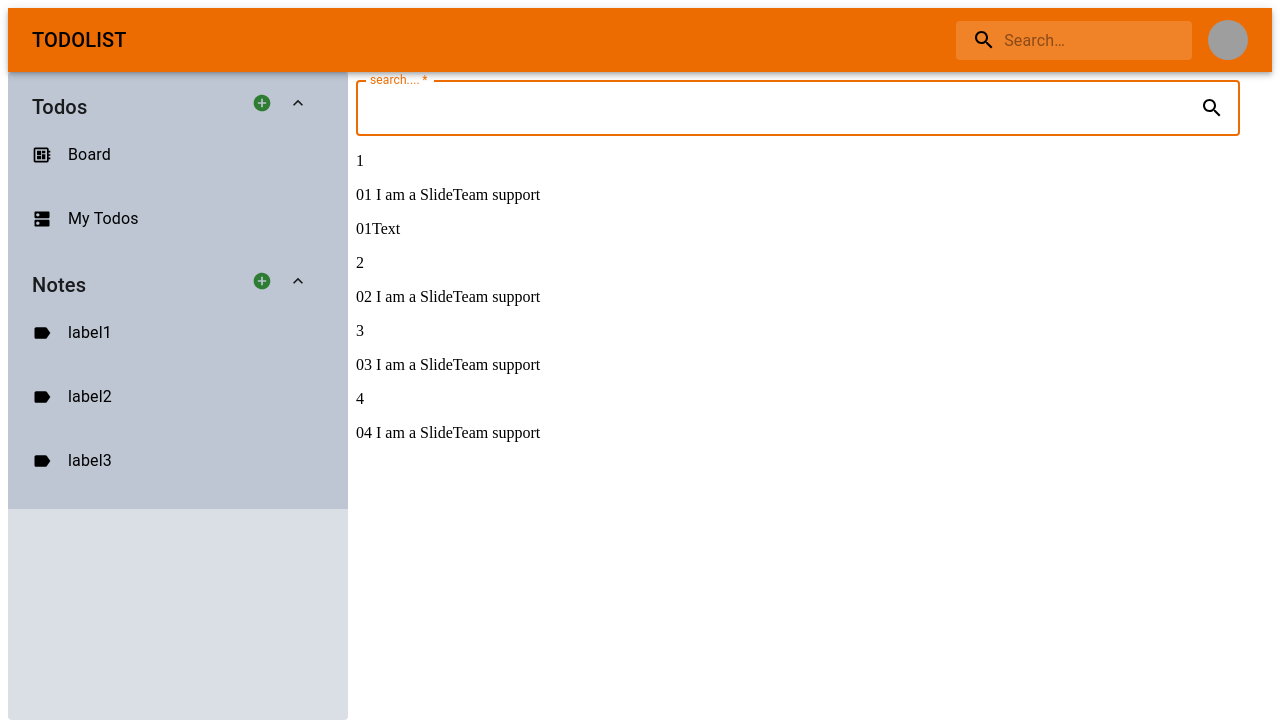
Repository: HrishrathTBS/Trackerbea
Page: / (app in client/)
The author's editor kept a copy of each file at every save. The page is drawn from the files as they stood at one save, then again after the next save.
The browser window is 1280 px wide. The pictures show the whole page.
Pictures or frames that could not be fetched are drawn as grey boxes. The project was rebuilt for these pictures with package versions that can differ from the ones it lists, and the page was loaded fresh each time. Also part of the build but not shown: client/src/components/TodoList.js, client/src/components/Board.js, client/src/components/ListOfBar.js, client/src/components/MyTodos.js, client/src/pages/Label/Label1.js, client/src/pages/Label/Label2.js, client/src/pages/Label/Label3.js.

Above is the page before, as saved 2022-03-10 15:44:14.

### client/public/index.html
<!DOCTYPE html>
<html lang="en">
  <head>
    <meta charset="utf-8" />
    <link rel="icon" href="%PUBLIC_URL%/favicon.ico" />
    <meta name="viewport" content="width=device-width, initial-scale=1" />
    <meta name="theme-color" content="#000000" />
    <meta
      name="description"
      content="Web site created using mernboilerplate"
    />
    <link rel="apple-touch-icon" href="%PUBLIC_URL%/logo192.png" />
    <!--
      manifest.json provides metadata used when your web app is installed on a
      user's mobile device or desktop. See https://developers.google.com/web/fundamentals/web-app-manifest/
    -->
    <link rel="manifest" href="%PUBLIC_URL%/manifest.json" />
    <!--
      Notice the use of %PUBLIC_URL% in the tags above.
      It will be replaced with the URL of the `public` folder during the build.
      Only files inside the `public` folder can be referenced from the HTML.

      Unlike "/favicon.ico" or "favicon.ico", "%PUBLIC_URL%/favicon.ico" will
      work correctly both with client-side routing and a non-root public URL.
      Learn how to configure a non-root public URL by running `npm run build`.
    -->
    <title>MERN App</title>
  </head>
  <body>
    <noscript>You need to enable JavaScript to run this app.</noscript>
    <div id="root"></div>
    <!--
      This HTML file is a template.
      If you open it directly in the browser, you will see an empty page.

      You can add webfonts, meta tags, or analytics to this file.
      The build step will place the bundled scripts into the <body> tag.

      To begin the development, run `npm start` or `yarn start`.
      To create a production bundle, use `npm run build` or `yarn build`.
    -->
  </body>
</html>

### client/src/App.js
import React from 'react';
import { BrowserRouter } from 'react-router-dom';
import AppRoutes from './UseRoutes';

const App = () => {
  return (
    <>
      <BrowserRouter>{<AppRoutes />}</BrowserRouter>
    </>
  );
};

export default App;

### client/src/UseRoutes.js
import React from 'react';
import { useRoutes } from 'react-router-dom';
import Board from './components/Board';
import Layout from './components/Layout';
import MyTodos from './components/MyTodos';
import Label1 from './pages/Label/Label1';
import Label2 from './pages/Label/Label2';
import Label3 from './pages/Label/Label3';
const AppRoutes = () => {
  return useRoutes([
    {
      path: '',
      element: <Layout />,
      children: [
        {
          path: 'board',
          element: <Board />,
        },
        {
          path: 'mytodos',
          element: <MyTodos />,
        },
        {
          path: 'label1',
          element: <Label1 />,
        },
        {
          path: 'label2',
          element: <Label2 />,
        },
        {
          path: 'label3',
          element: <Label3 />,
        },
      ],
    },
  ]);
};

export default AppRoutes;

### client/src/components/Layout.js
import React from 'react';
import { Outlet } from 'react-router-dom';
import Filter from './Filter';
import Header from './Header';
import SideBar from './SideBar';

const Layout = () => {
  return (
    <>
      <Header />
      <div style={{ display: 'flex' }}>
        <SideBar />
        <Filter />
        {<Outlet />}
      </div>
    </>
  );
};

export default Layout;

### client/src/components/Filter.js
import { Box, Grid, TextField } from '@mui/material';
import React, { useState } from 'react';
import { teams_data } from './LabelData';
import SearchIcon from '@mui/icons-material/Search';
const Filter = () => {
  const [teams, setTeams] = useState([...teams_data]);
  const [search, setSearch] = useState('');

  const handleChange = (e) => {
    const test = teams.filter((team) => {
      return team.HeaderText.toLowerCase().includes(e.target.value.toLowerCase()) && team.NotesText.toLowerCase().includes(e.target.value.toLowerCase());
    });
    setTeams(test);
    setSearch(e.target.value);
  };
  return (
    <>
      <Grid container justifyContent='center' m={1}>
        <Grid item xs={12}>
          <Box sx={{ display: 'flex', alignItems: 'center' }}>
            <TextField autoComplete='text' value={search} color='warning' variant='outlined' fullWidth id='search' label='search....' onChange={handleChange} autoFocus required />
            <SearchIcon sx={{ position: 'relative', right: '40px' }} />
          </Box>
          {teams.map((team) => (
            <>
              <p>{team.HeaderText}</p>
              <p>{team.NotesText}</p>
              <p>{team.TitleText}</p>
            </>
          ))}
        </Grid>
      </Grid>
    </>
  );
};

export default Filter;

### client/src/components/Header.js
import * as React from 'react';
import AppBar from '@mui/material/AppBar';
import Box from '@mui/material/Box';
import Toolbar from '@mui/material/Toolbar';
import IconButton from '@mui/material/IconButton';
import Typography from '@mui/material/Typography';
import Menu from '@mui/material/Menu';
import MenuIcon from '@mui/icons-material/Menu';
import Container from '@mui/material/Container';
import Avatar from '@mui/material/Avatar';
import Tooltip from '@mui/material/Tooltip';
import MenuItem from '@mui/material/MenuItem';
import SearchIcon from '@mui/icons-material/Search';
import { styled, alpha } from '@mui/material/styles';
import { InputBase } from '@mui/material';

const pages = ['Header'];
const settings = ['Profile', 'Account', 'Dashboard', 'Logout'];

const Search = styled('div')(({ theme }) => ({
  position: 'relative',
  borderRadius: theme.shape.borderRadius,
  backgroundColor: alpha(theme.palette.common.white, 0.15),
  '&:hover': {
    backgroundColor: alpha(theme.palette.common.white, 0.25),
  },
  marginRight: theme.spacing(2),
  marginLeft: 0,
  width: '100%',
  [theme.breakpoints.up('sm')]: {
    marginLeft: theme.spacing(3),
    width: 'auto',
  },
}));
const SearchIconWrapper = styled('div')(({ theme }) => ({
  padding: theme.spacing(0, 2),
  height: '100%',
  position: 'absolute',
  pointerEvents: 'none',
  color: 'black',
  display: 'flex',
  alignItems: 'center',
  justifyContent: 'center',
}));
const StyledInputBase = styled(InputBase)(({ theme }) => ({
  color: 'black',
  '& .MuiInputBase-input': {
    padding: theme.spacing(1, 1, 1, 0),
    paddingLeft: `calc(1em + ${theme.spacing(4)})`,
    transition: theme.transitions.create('width'),
    width: '100%',
    [theme.breakpoints.up('md')]: {
      width: '20ch',
    },
  },
}));

const Header = () => {
  const [anchorElNav, setAnchorElNav] = React.useState(null);
  const [anchorElUser, setAnchorElUser] = React.useState(null);

  const handleOpenNavMenu = (event) => {
    setAnchorElNav(event.currentTarget);
  };
  const handleOpenUserMenu = (event) => {
    setAnchorElUser(event.currentTarget);
  };

  const handleCloseNavMenu = () => {
    setAnchorElNav(null);
  };

  const handleCloseUserMenu = () => {
    setAnchorElUser(null);
  };

  return (
    <AppBar position='static' color='warning'>
      <Container maxWidth='xl'>
        <Toolbar disableGutters>
          <Typography variant='h6' noWrap component='div' sx={{ mr: 2, display: { xs: 'none', md: 'flex', color: 'black' } }}>
            TODOLIST
          </Typography>
          <Box sx={{ flexGrow: 1, display: { xs: 'flex', md: 'none' } }}>
            <IconButton size='large' aria-label='account of current user' aria-controls='menu-appbar' aria-haspopup='true' onClick={handleOpenNavMenu} color='inherit'>
              <MenuIcon />
            </IconButton>
            <Menu
              id='menu-appbar'
              anchorEl={anchorElNav}
              anchorOrigin={{
                vertical: 'bottom',
                horizontal: 'left',
              }}
              keepMounted
              transformOrigin={{
                vertical: 'top',
                horizontal: 'left',
              }}
              open={Boolean(anchorElNav)}
              onClose={handleCloseNavMenu}
              sx={{
                display: { xs: 'block', md: 'none' },
              }}
            >
              {pages.map((page) => (
                <MenuItem key={page} onClick={handleCloseNavMenu}>
                  <Typography textAlign='center'>{page}</Typography>
                </MenuItem>
              ))}
            </Menu>
          </Box>

          <Typography variant='h6' noWrap component='div' sx={{ flexGrow: 1, display: { xs: 'flex', md: 'none' } }}>
            TODOLIST
          </Typography>
          <Box sx={{ flexGrow: 1, display: { xs: 'none', md: 'flex' } }}></Box>
          <Search>
            <SearchIconWrapper>
              <SearchIcon />
            </SearchIconWrapper>
            <StyledInputBase placeholder='Search…' inputProps={{ 'aria-label': 'search' }} />
          </Search>
          <Box sx={{ flexGrow: 0 }}>
            <Tooltip title='Open settings'>
              <IconButton onClick={handleOpenUserMenu} sx={{ p: 0 }}>
                <Avatar alt='Remy Sharp' src='/static/images/avatar/2.jpg' />
              </IconButton>
            </Tooltip>
            <Menu
              sx={{ mt: '45px' }}
              id='menu-appbar'
              anchorEl={anchorElUser}
              anchorOrigin={{
                vertical: 'top',
                horizontal: 'right',
              }}
              keepMounted
              transformOrigin={{
                vertical: 'top',
                horizontal: 'right',
              }}
              open={Boolean(anchorElUser)}
              onClose={handleCloseUserMenu}
            >
              {settings.map((setting) => (
                <MenuItem key={setting} onClick={handleCloseUserMenu}>
                  <Typography textAlign='center'>{setting}</Typography>
                </MenuItem>
              ))}
            </Menu>
          </Box>
        </Toolbar>
      </Container>
    </AppBar>
  );
};
export default Header;

### client/src/components/SideBar.js
import * as React from 'react';
import Box from '@mui/material/Box';
import { styled, ThemeProvider, createTheme } from '@mui/material/styles';
import Divider from '@mui/material/Divider';
import List from '@mui/material/List';
import Paper from '@mui/material/Paper';
import ListItem from './ListItem';
import People from '@mui/icons-material/People';
import Dns from '@mui/icons-material/Dns';
import LabelIcon from '@mui/icons-material/Label';
import DeveloperBoardIcon from '@mui/icons-material/DeveloperBoard';
const FireNav = styled(List)({
  '& .MuiListItemButton-root': {
    paddingLeft: 24,
    paddingRight: 24,
  },
  '& .MuiListItemIcon-root': {
    minWidth: 0,
    marginRight: 16,
  },
  '& .MuiSvgIcon-root': {
    fontSize: 20,
  },
});

export default function CustomizedList() {
  const [open, setOpen] = React.useState(true);

  const DataItem = [
    {
      label: 'Todos',
      data: [
        { icon: <DeveloperBoardIcon />, label: 'Board', link: '/board' },
        { icon: <Dns />, label: 'My Todos ', link: '/mytodos' },
      ],
    },
    {
      label: 'Notes',
      data: [
        { icon: <LabelIcon />, label: 'label1', link: '/label1' },
        { icon: <LabelIcon />, label: 'label2 ', link: '/label2' },
        { icon: <LabelIcon />, label: 'label3 ', link: '/label3' },
      ],
    },
  ];

  return (
    <Box sx={{ display: 'flex', height: '90vh' }}>
      <ThemeProvider
        theme={createTheme({
          components: {
            MuiListItemButton: {
              defaultProps: {
                disableTouchRipple: true,
              },
            },
          },
          palette: {
            background: { paper: 'rgba(71, 98, 130, 0.2)' },
          },
        })}
      >
        <Paper elevation={0} sx={{ maxWidth: 370 }}>
          <FireNav component='nav' disablePadding>
            <Divider />
            <Box
              sx={{
                bgcolor: open ? 'rgba(71, 98, 130, 0.2)' : null,
                pb: open ? 2 : 0,
              }}
            >
              {DataItem.map(({ data, label }) => (
                <ListItem data={data} label={label} />
              ))}
            </Box>
          </FireNav>
        </Paper>
      </ThemeProvider>
    </Box>
  );
}

### client/src/components/LabelData.js
// export const teams_data = ['raju', 'ahesan', 'rishabh', 'khodu', 'parsan'];
export const teams_data = [
  {
    HeaderText: '1',
    TitleText: '01Text',
    NotesText: '01 I am a SlideTeam support',
  },
  {
    HeaderText: '2',
    titleText: '02Text',
    NotesText: '02 I am a SlideTeam support',
  },
  {
    HeaderText: '3',
    titleText: '03Text',
    NotesText: '03 I am a SlideTeam support',
  },
  {
    HeaderText: '4',
    titleText: '04Text',
    NotesText: '04 I am a SlideTeam support',
  },
];

### client/src/components/ListItem.js
import { Box, ListItemIcon, ListItemText } from '@mui/material';
import ListItemButton from '@mui/material/ListItemButton';
import AddCircleIcon from '@mui/icons-material/AddCircle';
import KeyboardArrowDown from '@mui/icons-material/KeyboardArrowDown';
import React from 'react';

const ListItem = ({ data, label }) => {
  const [open, setOpen] = React.useState(true);
  return (
    <>
      <ListItemButton
        alignItems='flex-start'
        sx={{
          px: 3,
          pt: 2.5,
          pb: open ? 0 : 2.5,
          '&:hover, &:focus': { '& svg': { opacity: open ? 1 : 1 } },
        }}
      >
        <ListItemText
          primary={label}
          primaryTypographyProps={{
            fontSize: 20,
            width: '220px',
            fontWeight: 'medium',
            lineHeight: '20px',
            mb: '2px',
          }}
        />
        <AddCircleIcon color='success' />
        <KeyboardArrowDown
          onClick={() => setOpen(!open)}
          sx={{
            opacity: 1,
            px: 2,
            transform: open ? 'rotate(-180deg)' : 'rotate(0)',
            transition: '0.5s',
          }}
        />
      </ListItemButton>
      <Box>
        {open &&
          data &&
          data.map((item) => (
            <ListItemButton key={item.label} sx={{ py: 2, minHeight: 32, color: 'rgba(0,0,0,1)', justifyContent: 'flex-start' }}>
              <ListItemIcon sx={{ color: 'inherit' }}>{item.icon}</ListItemIcon>
              <ListItemText>
                <a href={item.link} style={{ textDecoration: 'none', color: 'black' }}>
                  {item.label}
                </a>
              </ListItemText>
            </ListItemButton>
          ))}
      </Box>
    </>
  );
};
export default ListItem;

Loaded but not shown: client/src/index.js (common file)

After the next save:
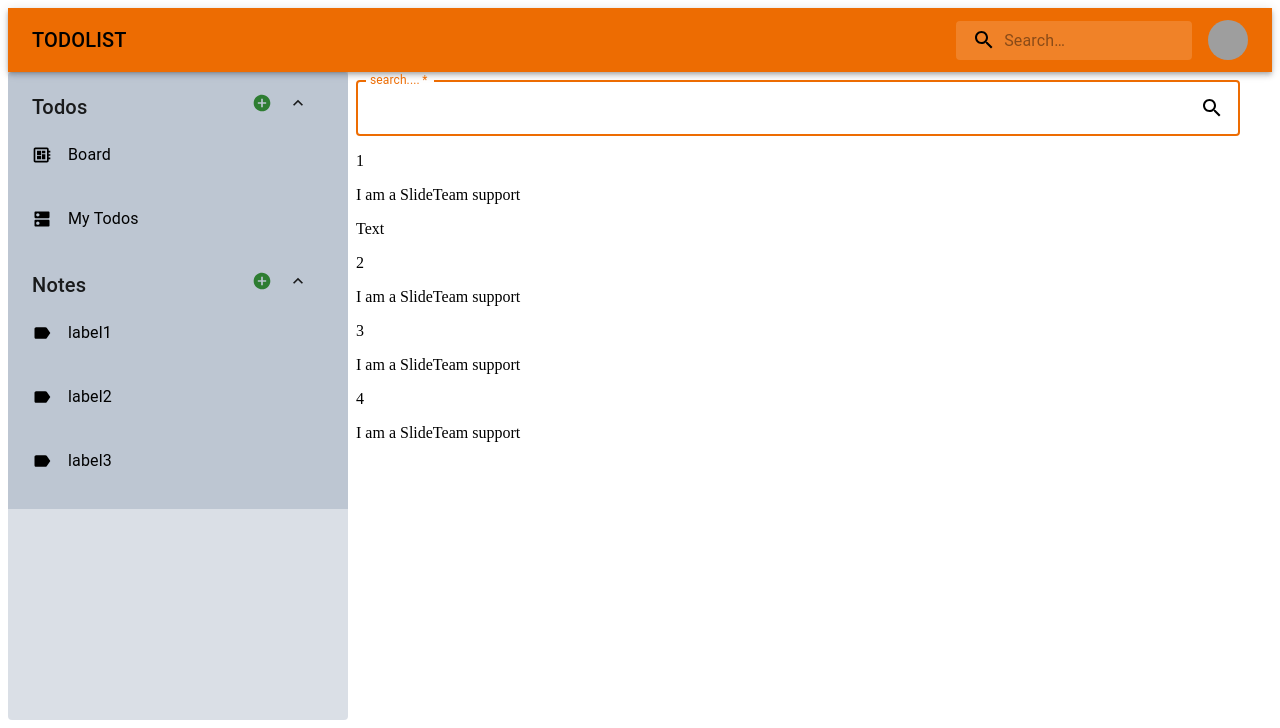
Saved 85 s later.
--- a/client/src/components/LabelData.js
+++ b/client/src/components/LabelData.js
@@ -2,22 +2,22 @@
 export const teams_data = [
   {
     HeaderText: '1',
-    TitleText: '01Text',
-    NotesText: '01 I am a SlideTeam support',
+    TitleText: 'Text',
+    NotesText: 'I am a SlideTeam support',
   },
   {
     HeaderText: '2',
-    titleText: '02Text',
-    NotesText: '02 I am a SlideTeam support',
+    titleText: 'Text',
+    NotesText: 'I am a SlideTeam support',
   },
   {
     HeaderText: '3',
-    titleText: '03Text',
-    NotesText: '03 I am a SlideTeam support',
+    titleText: 'Text',
+    NotesText: 'I am a SlideTeam support',
   },
   {
     HeaderText: '4',
-    titleText: '04Text',
-    NotesText: '04 I am a SlideTeam support',
+    titleText: 'Text',
+    NotesText: 'I am a SlideTeam support',
   },
 ];
